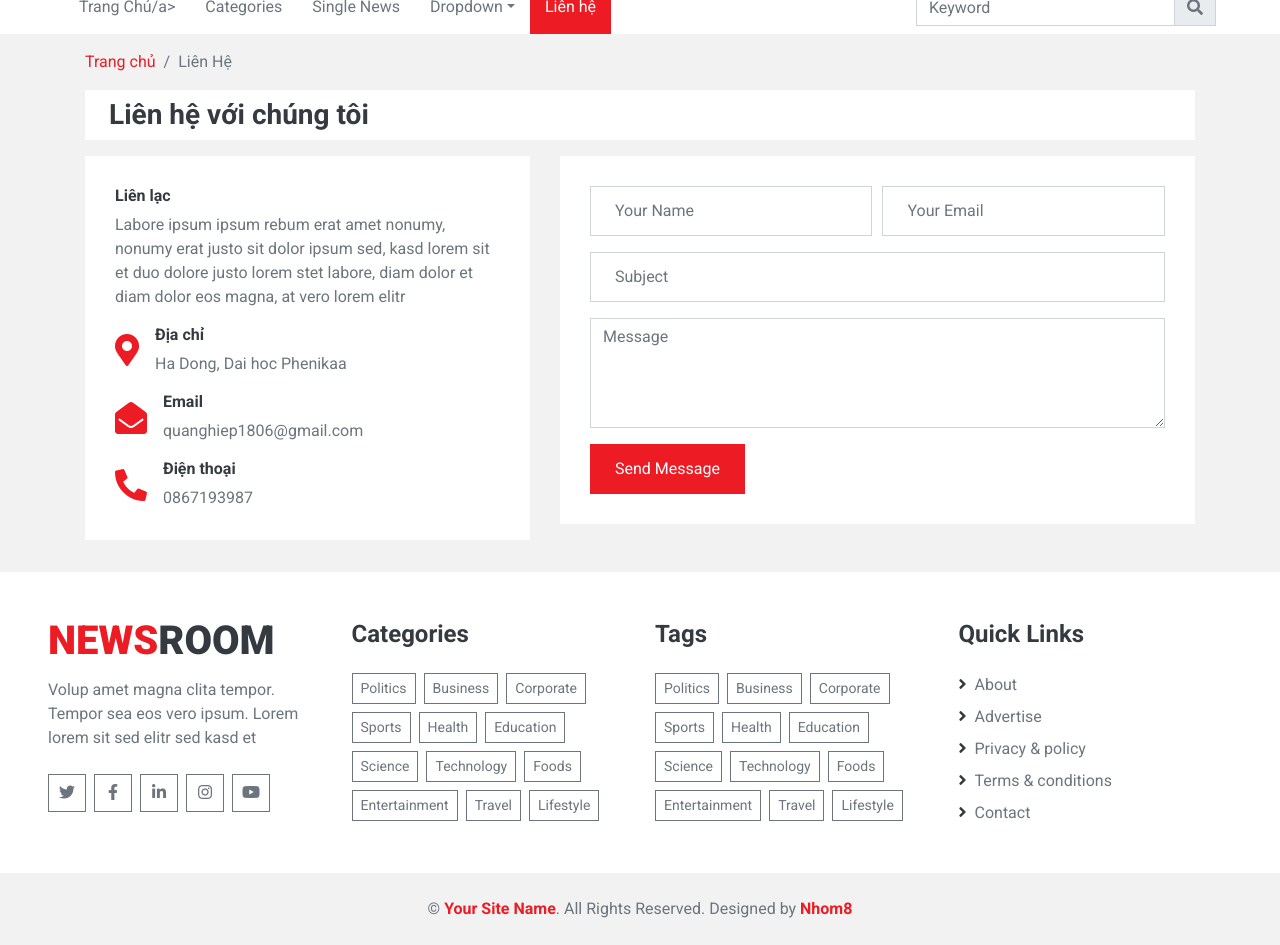
Repository: Namnguyen13/tessttt
Page: contact.html
An editor plug-in stored every save of this project. The page is shown before and after the next save, followed by the edit.
The browser window is 1280 px wide. The pictures show the part of the page from y = 376 to 1321 px (the page is 1321 px tall before and 1304 px after).
A picture or video elsewhere on the page could not be fetched, so the positions and the page height are approximate.

Above is the page before, as saved 2023-04-14 21:14:43.

After the next save:
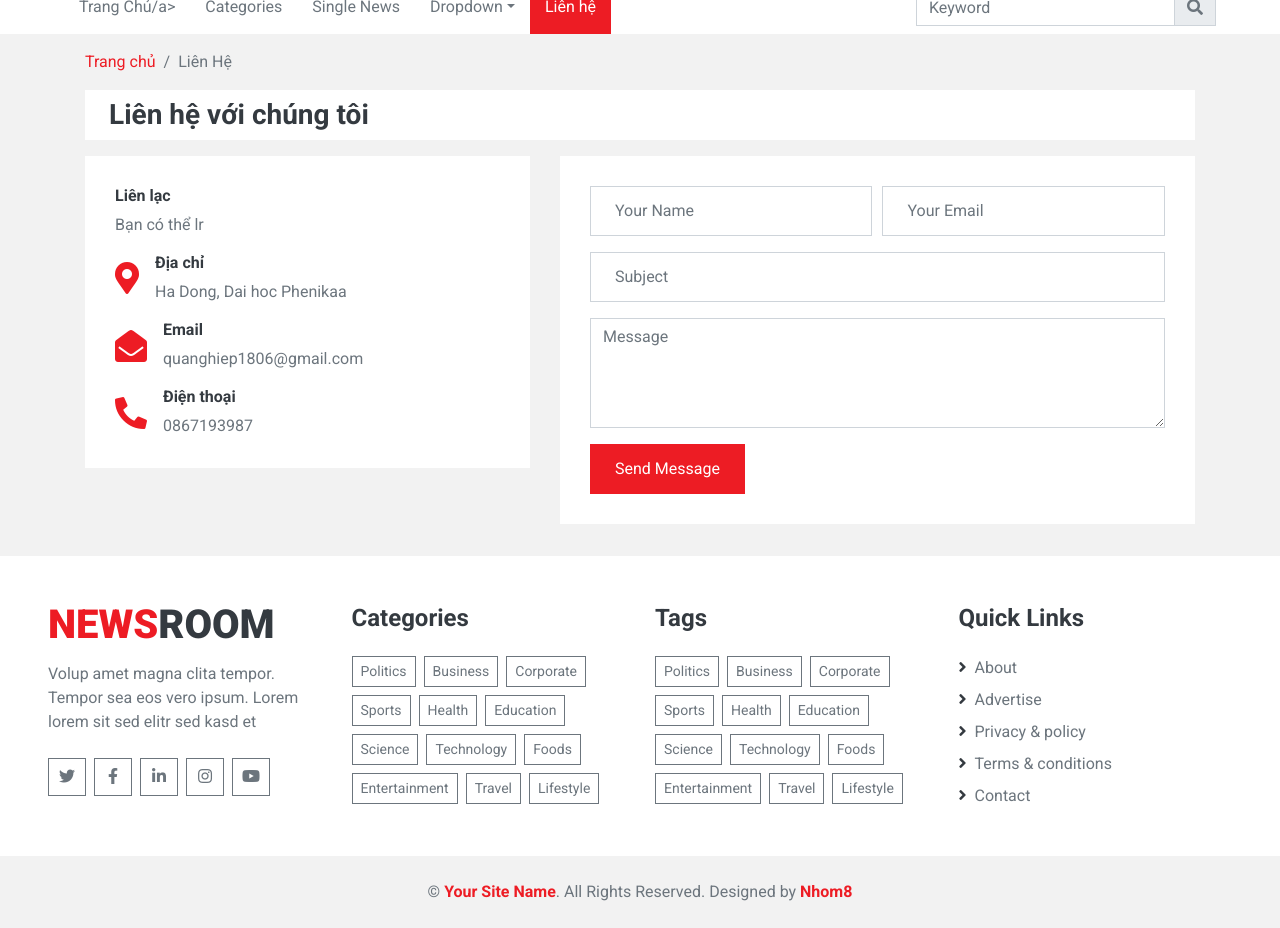
Saved 6 s later.
--- a/contact.html
+++ b/contact.html
@@ -115,7 +115,7 @@
                 <div class="col-md-5">
                     <div class="bg-light mb-3" style="padding: 30px;">
                         <h6 class="font-weight-bold">Liên lạc</h6>
-                        <p>Labore ipsum ipsum rebum erat amet nonumy, nonumy erat justo sit dolor ipsum sed, kasd lorem sit et duo dolore justo lorem stet labore, diam dolor et diam dolor eos magna, at vero lorem elitr</p>
+                        <p>Bạn có thể lr</p>
                         <div class="d-flex align-items-center mb-3">
                             <i class="fa fa-2x fa-map-marker-alt text-primary mr-3"></i>
                             <div class="d-flex flex-column">
